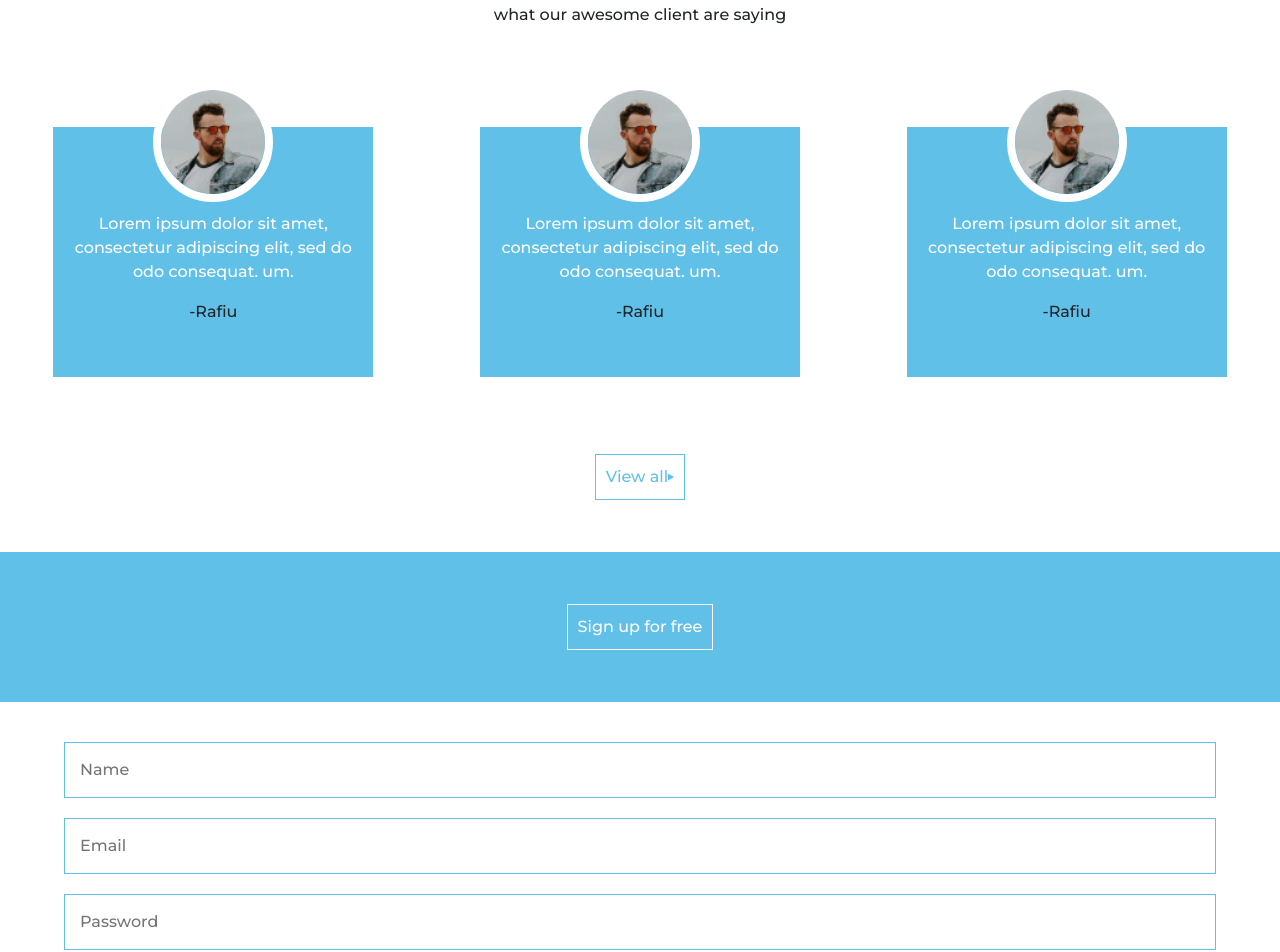
Repository: TiaraOluwanimi/team5
Page: tutor.html
These files come from the project's save history. The page is drawn as it stood at one moment and after a run of saves; the edit follows.
The browser window is 1280 px wide. The pictures show the part of the page from y = 1936 to 2888 px (the page is 3256 px tall).
A picture or video elsewhere on the page could not be fetched, so the positions and the page height are approximate. Some web libraries are served in a nearby version.

Above is the page before, as saved 2020-08-08 12:09:45.

### tutor.html
<!DOCTYPE html>
<html lang="zxx">
  <head>
    <meta charset="UTF-8" />
    <meta name="viewport" content="width=device-width, initial-scale=1.0" />
    <title>Online Tutoring</title>
    <!-- Custom Css -->
    <link rel="stylesheet" href="./assets/css/header-footer.css" />
    <link rel="stylesheet" href="./assets/css/tutor.css" />
    <link rel="stylesheet" href="./assets/css/testimonial.css" />
    <!-- Favicon -->

    <!---------------------- CDNs----------------- -->
    <!-- Bootstrap CSS CDN -->
    <link
      rel="stylesheet"
      href="https://maxcdn.bootstrapcdn.com/bootstrap/4.0.0/css/bootstrap.min.css"
      integrity="sha384-Gn5384xqQ1aoWXA+058RXPxPg6fy4IWvTNh0E263XmFcJlSAwiGgFAW/dAiS6JXm"
      crossorigin="anonymous"
    />
    <!-- fontawesome CDN -->
    <!-- Google Font -->
    <link href="https://fonts.googleapis.com/css2?family=Montserrat:wght@500;600&display=swap" rel="stylesheet">
    <!-- Font Awesome -->
    <script src="https://kit.fontawesome.com/0f19ba4771.js" crossorigin="anonymous"></script>

</head>

<body>
    <!-- Welcome to this online tutoring website. 😊 -->
    <!--  Header  -->
    <nav class="nav1">
      <a href="#"><img src="./assets/img/logo.png" alt="" /></a>
      <div class="nav1div1">
        <img
          class="searchicon"
          onclick="displaySearchBar()"
          src="./assets/img/search.png"
          alt=""
        />
        <button class="nav1butt1">Log in</button>
        <button class="nav1butt2">Join for free</button>
      </div>
      <div class="nav1div2 display">
        <input
          class="searchbar"
          type="text"
          placeholder="Enter Text here"

        />
      </div>
    </nav>

    <!-- Landing Page -->
    <div class="div1">
        <img class="div1img1" src="./assets/img/hero-img.png" alt="">
        <div class="div1div1">
            <i class="fas fa-play-circle fa-2x div1img2"></i>
            &nbsp;&nbsp;&nbsp;
            <h3 class="div1hh1">TAKE A TOUR</h3>
        </div>
    </div>

    <div class="div2">
        <h1 class="div2hh1">
            LEARN ALL YOU WANT, AT YOUR OWN
            <span class="div2hh2">PACE.</span>
        </h1>
        <h4 class="div2hh3">
            Lorem ipsum dolor sit amet, consectetur
            adipiscing elit, sed do eiusmod tempor
            incididunt ut labore et dolore magna
            aliqua. Ut enim ad minim veniam, quis
            nostrud exercitation ullamco laboris nisi
            ut aliquip ex ea commodo consequat.
        </h4>
        <div class="div2div1">
            <button class="div2butt1">Get Started</button>
        </div>
    </div>
    <!-- join us section -->
    <section id="join-us" class="py-5" style="position: relative;">
        <div style="position: absolute; right: 0px; top:-10px;">
          <img src="./assets/img/Ellipse13.png" alt="" class="img-fluid" >
        </div>
        <div class="container">
          <div class="row">
            <div class="col-12 mx-auto text-center">
              <h4 class="mx-auto sec-head">
                <span><strong>Join Us</strong></span>
              </h4>
              <p>
                Join us for free classes taught by experts. And explore hundreds
                of free online classes.
              </p>
            </div>
            <div class="row py-3">
                <div class="col-md-4 text-center my-3">
                  <div class="box-shadow py-3">
                    <img
                      src="./assets/img/course.png"
                      alt=""
                      class="join-img img-fluid rounded-circle w-50"
                    />
                    <h4 class="my-5"><strong>Choose a Course</strong></h4>
                  </div>
                </div>
                <div class="col-md-4 text-center my-3">
                  <div class="box-shadow py-3">
                    <img
                      src="./assets/img/skillset.png"
                      alt=""
                      class="join-img img-fluid rounded-circle w-50"
                    />
                    <h4 class="my-5"><strong>Grow your skillset</strong></h4>
                  </div>
                </div>
                <div class="col-md-4 text-center my-3">
                  <div class="box-shadow py-3">
                    <img
                      src="./assets/img/mentorship.png"
                      alt=""
                      class="join-img img-fluid rounded-circle w-50"
                    />
                    <h4 class="my-5"><strong>Meet a mentor</strong></h4>
                  </div>
                </div>
                <button
                  class="btn btn-lg btn-outline-primary py-3 px-5 rounded-0 mx-auto"
                >
                  View All
                </button>
              </div>
            </div>
        </div>
          </section>

    <!-- service section -->
    <section id="services" class="py-5" style="position: relative;">
      <div style="position: absolute; left: 0px; top: -30px;">
        <img src="./assets/img/Ellipse10.png" alt="" />
      </div>
      <div
        style="position: absolute; right: 0px; top: 30%; transform: scale(-1);"
      >
        <img src="./assets/img/Ellipse10.png" alt="" />
      </div>
      <div class="container">
        <div class="row">
          <div class="col-12 mx-auto text-center">
            <h4 class="mx-auto sec-head">
              <span><strong>Services</strong></span>
            </h4>
            <p>
              Helping over 5,000 students reach their ultimate goals with our
              special packages.
            </p>
          </div>
        </div>
        <div class="row p-3">
          <div class="col-md-4 text-center py-3">
            <h4><strong>Get help, FAST</strong></h4>
            <img
              src="./assets/img/hourglass1.png"
              alt=""
              class="img-fluid w-25 my-3"
            />
            <p class="my-3" style="font-size: 14px;">
              Lorem ipsum dolor sit amet, consectetur adipiscing elit, sed do
              eiusmod tempor incididunt ut labore et dolore magna aliqua. Ut
              enim ad minim veniam, quis nostrud exercitation ullamco laboris
              nisi ut aliquip ex ea commodo consequat. um.
            </p>
            <h6 class="border py-3 px-1 mx-3 border-primary">
              Learn More <i></i>
            </h6>
          </div>
          <div class="col-md-4 text-center py-3">
            <h4><strong>Personalised tutoring</strong></h4>
            <img
              src="./assets/img/teacher1.png"
              alt=""
              class="img-fluid w-25 my-3"
            />
            <p class="my-3" style="font-size: 14px;">
              Lorem ipsum dolor sit amet, consectetur adipiscing elit, sed do
              eiusmod tempor incididunt ut labore et dolore magna aliqua. Ut
              enim ad minim veniam, quis nostrud exercitation ullamco laboris
              nisi ut aliquip ex ea commodo consequat. um.
            </p>
            <h6 class="border py-3 px-1 mx-3 border-primary">
              Learn More <i></i>
            </h6>
          </div>
          <div class="col-md-4 text-center py-3">
            <h4><strong>80+ Courses</strong></h4>
            <img
              src="./assets/img/test1.png"
              alt=""
              class="img-fluid w-25 my-3"
            />
            <p class="my-3" style="font-size: 14px;">
              Lorem ipsum dolor sit amet, consectetur adipiscing elit, sed do
              eiusmod tempor incididunt ut labore et dolore magna aliqua. Ut
              enim ad minim veniam, quis nostrud exercitation ullamco laboris
              nisi ut aliquip ex ea commodo consequat. um.
            </p>
            <h6 class="border py-3 px-1 mx-3 mx-lg-1 border-primary">
              Learn More <i></i>
            </h6>
          </div>
        </div>
      </div>
    </section>
    <!-- Testimonial section -->
    <section>
      <div>
        <div class="testimonial-heading">
          <div>
            <h4 class="mx-auto sec-head">
              <span><strong>Testimonials</strong></span>
            </h4>
          </div>
          <p>what our awesome client are saying</p>
        </div>
        <div  id="testimonial-details">
          <div class="testimonial-card col-3">
            <img src="./assets/img/Ellipse7.png" alt="">
            <div class="testimonial-statement">
              <p>Lorem ipsum dolor sit amet, consectetur adipiscing elit, sed do odo consequat. um.</p>
            </div>
            <p>-Rafiu</p>
          </div>
          <div class="testimonial-card col-3">
            <img src="./assets/img/Ellipse7.png" alt="">
            <div class="testimonial-statement">
              <p>Lorem ipsum dolor sit amet, consectetur adipiscing elit, sed do odo consequat. um.</p>
            </div>
            <p>-Rafiu</p>
          </div>
          <div class="testimonial-card col-3">
            <img src="./assets/img/Ellipse7.png" alt="">
            <div class="testimonial-statement">
              <p>Lorem ipsum dolor sit amet, consectetur adipiscing elit, sed do odo consequat. um.</p>
            </div>
            <p>-Rafiu</p>
          </div>

        </div>
        <div id="view-all-button">

          <button>View all<img src="./assets/img/polygonImg.png" alt="A play "/></button>
        </div>

        <div id="sign-button">

          <button>Sign up for free</button>
        </div>
        <div class="testimonial-container">
          <form >
            <input type="text" placeholder="Name">
            <input type="email" placeholder="Email">
            <input type="password" placeholder="Password">
            <button>Get Started</button>
          </form>
        </div>
      </div>
    </section>
    <!--  Footer  -->
    <footer class="footer1">
      <div class="footer1div1">
        <img class="footer1img1" src="./assets/img/logo.png" alt="" />
        <h5 class="footer1hh1">Learn</h5>
      </div>

      <div class="footer1div2">
        <div class="footer1div3">
          <h4 class="footer1hh2">Learn</h4>
          <a href="" class="footer1link1"
            ><h5 class="footer1hh3">courses</h5></a
          >
          <a href="" class="footer1link1"
            ><h5 class="footer1hh3">Early Access courses</h5></a
          >
          <a href="" class="footer1link1"
            ><h5 class="footer1hh3">Edpresso</h5></a
          >
          <a href="" class="footer1link1"
            ><h5 class="footer1hh3">Subscriptions</h5></a
          >
        </div>
        <div class="footer1div4">
          <h4 class="footer1hh2">Scholarship</h4>
          <a href="" class="footer1link1"
            ><h5 class="footer1hh3">for students</h5></a
          >
          <a href="" class="footer1link1"
            ><h5 class="footer1hh3">for educators</h5></a
          >
          <a href="" class="footer1link1"
            ><h5 class="footer1hh3">COVID scholarship</h5></a
          >
        </div>
        <div class="footer1div5">
          <h4 class="footer1hh2">Conribute</h4>
          <a href="" class="footer1link1"
            ><h5 class="footer1hh3">Become an author</h5></a
          >
          <a href="" class="footer1link1"
            ><h5 class="footer1hh3">published author</h5></a
          >
          <a href="" class="footer1link1"
            ><h5 class="footer1hh3">Become an affiliate</h5></a
          >
        </div>
      </div>

      <div class="footer1div6">
        <h4 class="footer1hh2 redd">Socials</h4>
        <a href="#"><img src="./assets/img/whatsapp.png" alt="" /></a>
        <a href="#"><img src="./assets/img/instagram.png" alt="" /></a>
      </div>

      <h4 class="footer1hh4">
        copyright 2020 Learn, inc. All rights reserved
      </h4>
    </footer>

    <!---------------------- CDNs----------------- -->
    <!-- jQuery CDN -->
    <script
      src="https://code.jquery.com/jquery-3.2.1.slim.min.js"
      integrity="sha384-KJ3o2DKtIkvYIK3UENzmM7KCkRr/rE9/Qpg6aAZGJwFDMVNA/GpGFF93hXpG5KkN"
      crossorigin="anonymous"
    ></script>
    <!-- ajax CDN -->
    <script
      src="https://cdnjs.cloudflare.com/ajax/libs/popper.js/1.12.9/umd/popper.min.js"
      integrity="sha384-ApNbgh9B+Y1QKtv3Rn7W3mgPxhU9K/ScQsAP7hUibX39j7fakFPskvXusvfa0b4Q"
      crossorigin="anonymous"
    ></script>
    <!-- BootstrapJS CDN -->
    <script
      src="https://maxcdn.bootstrapcdn.com/bootstrap/4.0.0/js/bootstrap.min.js"
      integrity="sha384-JZR6Spejh4U02d8jOt6vLEHfe/JQGiRRSQQxSfFWpi1MquVdAyjUar5+76PVCmYl"
      crossorigin="anonymous"
    ></script>
    <!-- Custom Javascript Links -->
    <script src="./assets/js/tutor.js"></script>
  </body>
</html>

### assets/css/header-footer.css

/*  Header Navbar */
body{
  margin: 0;
}
.nav1{
   margin: 10px;
}
.nav1div1{
    display: inline;
    float: right;
}
.nav1butt1{
    color: #212121;
    border-color: #212121;
    border-width: 1px;
    background-color: #FFFFFF;
    padding: 7px 7px;
    font-family: 'Montserrat', sans-serif;
    font-weight: 500;
    outline: none;
    margin-left: 35px;
}
.nav1butt2{
    color: #FFFFFF;
    border-color: #60C0E8;
    border: none;
    background-color: #60C0E8;
    padding: 8px 7px;
    font-family: 'Montserrat', sans-serif;
    font-weight: 500;
    outline: none;
    margin-left: 8px;
}
.nav1butt1:hover{
    background-color: #f0f0f0;
      cursor: pointer;
}
.nav1butt2:hover{
    background-color: #60adce;
    cursor: pointer;
}
.searchicon:hover{
    cursor: pointer;
}
.nav1div2{
    text-align: center;
    width: 100%;
    margin-top: 10px;
}
.searchbar{
    width: 60%;
    font-family: 'Montserrat', sans-serif;
    outline: none;
    border-radius: 10px;
    padding: 10px;
    border-width: 1px;
}
.footer1link1{
    text-decoration: none;
}
.display{
    display: none;
}



/*  Footer  */
.footer1{
    padding: 10px;
    background-color: #F5F5F5;
}
.footer1div1{
    text-align: center;
}
.footer1hh1{
    margin-top: 0px;
    font-family: 'Montserrat', sans-serif;
    color: #60C0E8;
    font-weight: 600;
}
.footer1div2{
    display: flex;
    flex-direction:row;
    justify-content: space-evenly;
}
.footer1hh2{
    font-family: 'Montserrat', sans-serif;
    color: #60C0E8;
    font-weight: 600;
}
.footer1hh3{
    font-family: 'Montserrat', sans-serif;
    color: #212121;
    font-weight: normal;
}
.footer1div6{
    text-align: center;
    margin-top: -50px;
}
.redd{
    margin-bottom: 5px;
}
.footer1hh4{
    text-align: center;
    font-family: 'Montserrat', sans-serif;
    color: #212121;
    font-style: normal;
    font-weight: 500;
}

/* Footer Media Queries */
@media only screen and (max-width: 399px) {
    .footer1div2{
        flex-direction: column;
        align-items: center;
    }
    .footer1div6{
        text-align: center;
        margin-top: -10px;
    }
}

### assets/css/tutor.css
* {
  font-family: "Montserrat", sans-serif;
}
.div1 {
  margin: 10px;
  text-align: center;
}
.div1div1 {
  width: 100%;
  display: flex;
  justify-content: center;
  background-color: #60c0e8;
  margin-top: -5px;
}
.div1img1 {
  width: 100%;
  height: 350px;
}
.div1img2 {
  padding-top: 15px;
  color: #ffffff;
}
.div1div1:hover {
  background-color: #60adce;
  cursor: pointer;
}
.div1hh1 {
  font-family: "Montserrat", sans-serif;
  font-weight: 600;
  color: #ffffff;
}

.div2 {
  margin: 10px;
}
.div2hh1 {
  font-family: "Montserrat", sans-serif;
  text-align: center;
  color: #3a3a3a;
  font-weight: bold;
}
.div2hh2 {
  color: #60c0e8;
}
.div2hh3 {
  font-family: "Montserrat", sans-serif;
  text-align: center;
  color: #000000;
  font-weight: 500;
}
.div2div1 {
  text-align: center;
}
.div2butt1 {
  background-color: #60c0e8;
  font-weight: 500;
  color: #ffffff;
  border: none;
  outline: none;
  padding: 15px 30px;
  font-size: large;
}
.div2butt1:hover {
  background-color: #60adce;
  cursor: pointer;
}

/* this handles the line in each section heading  */
.sec-head {
  width: 30%;
  text-align: center;
  border-bottom: 2px solid #000;
  line-height: 0.1em;
  margin: 10px 0 20px;
}
.sec-head span {
  background: #fff;
  padding: 0 10px;
}
/* join us images border */
.join-img {
  border: 5px solid #60c0e8 !important;
}
/* box shadow */
.box-shadow {
  box-shadow: 0px 5px 30px 0.5px #e6e6e6;
}
.box-shadow:hover {
  box-shadow: 0px 5px 30px 5px #c7c7c7;
}

@media screen and (max-width: 320px) {
  .sec-head {
    width: 70%;
  }
}

### assets/css/testimonial.css
.testimonial-heading{
    text-align:center;
    margin-bottom: 50px;;
}
.testimonial-card{
    text-align: center;
    height:250px;
    width:500px;
    padding:15px;
    position: relative;
    background-color: #60C0E8;
    margin: 50px 20px 25px;


}
.testimonial-card img{
    margin-top:-60px;

    width:120px;
    border: 8px solid white;
    border-radius: 100%;

}
.testimonial-statement{
    color:#fff;
    margin:10px 0;
}
#testimonial-details{
    display:flex;
    justify-content: space-around;
    flex-wrap:nowrap;
    overflow-x: scroll;
}
.testimonial-container{
    width:90%;
    margin:0 auto;
    overflow: hidden;
}

#sign-button{
    background: #60C0E8;
    width:100%;
    height:150px;
    display: flex;
    align-items: center;
    justify-content: center;
}
#sign-button button{
    background:#60C0E8;
    color:#fff;
    padding:10px;
    border:1px solid #fff;
    transition: ease 1s;
}
#sign-button button:hover{
    background:#fff;
    color:#60C0E8;
  ;
}
#view-all-button{

    width:100%;
    height:150px;
    display: flex;
    align-items: center;
    justify-content: center;
}
#view-all-button button{
    background: #fff;
    padding:10px;
    color:#60C0E8;
    padding:10px;
    border:1px solid #60C0E8;
    transition: ease 1s;
}
#view-all-button button:hover{
    background:#fff;
    color:#60C0E8;
  ;
}
form{
    box-sizing: border-box;
    margin:30px 0;
}
form input{
    width:100%;
    margin:10px 0;
    padding:15px;
    border: 1px solid #60C0E8;
    box-sizing: border-box;
}

form button{
    width:200px;
    margin: 0 auto;
    background: #60C0E8;
    color:#fff;
    padding:10px;
    border:none;
}

### assets/js/tutor.js

function displaySearchBar(){
    document.querySelector(".nav1div2").classList.toggle("display");
}

After the next 5 saves:
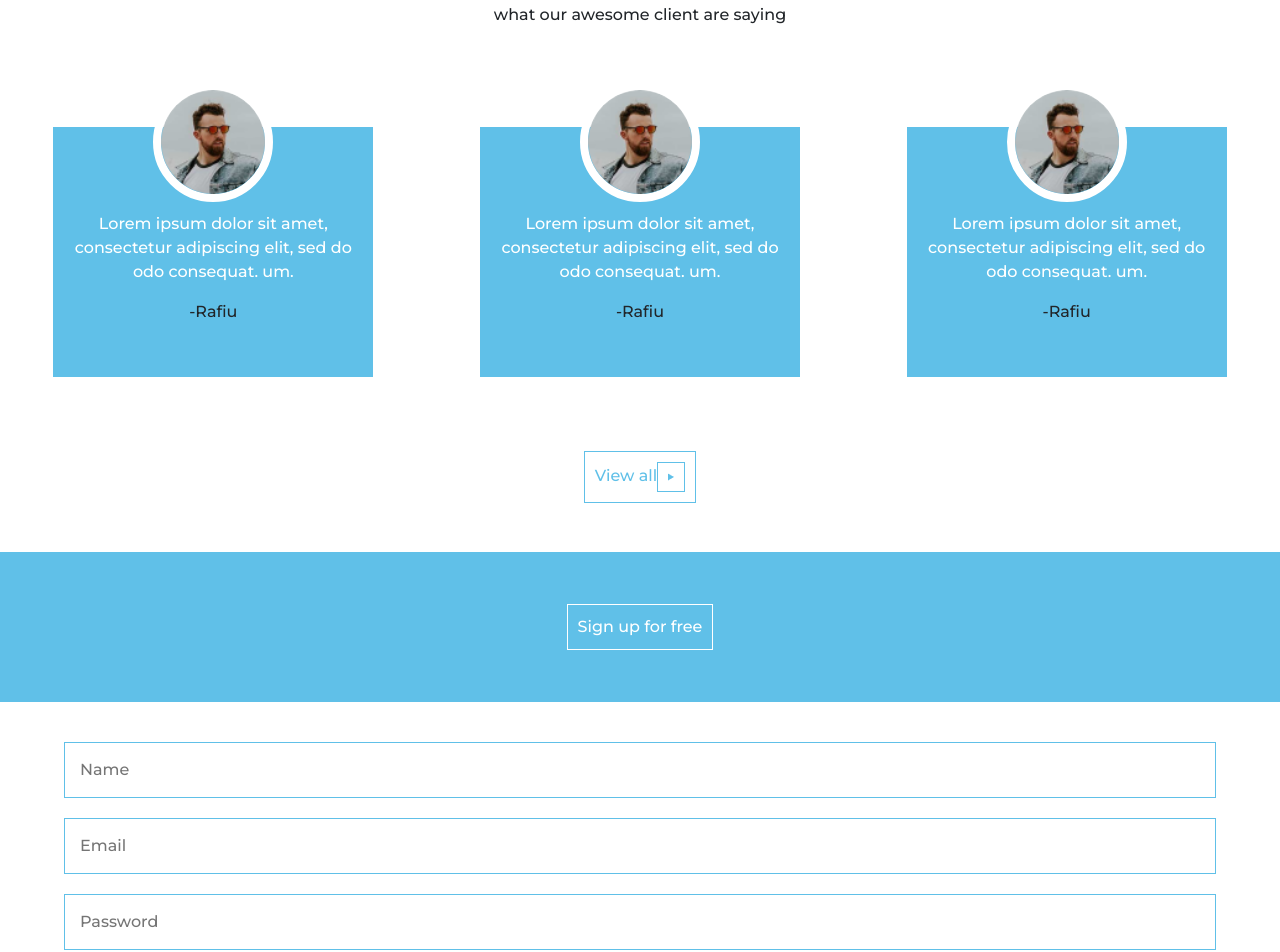
The 5 saves are shown as one change because they came seconds apart.
The last was saved 43 s later.
--- a/assets/css/testimonial.css
+++ b/assets/css/testimonial.css
@@ -73,6 +73,14 @@
     border:1px solid #60C0E8;
     transition: ease 1s;
 }
+#view-all-button button img{
+    background: #fff;
+    padding:10px;
+    color:#60C0E8;
+    padding:10px;
+    border:1px solid #60C0E8;
+    transition: ease 1s;
+}
 #view-all-button button:hover{
     background:#fff;
     color:#60C0E8;

After the 2 saves that followed:
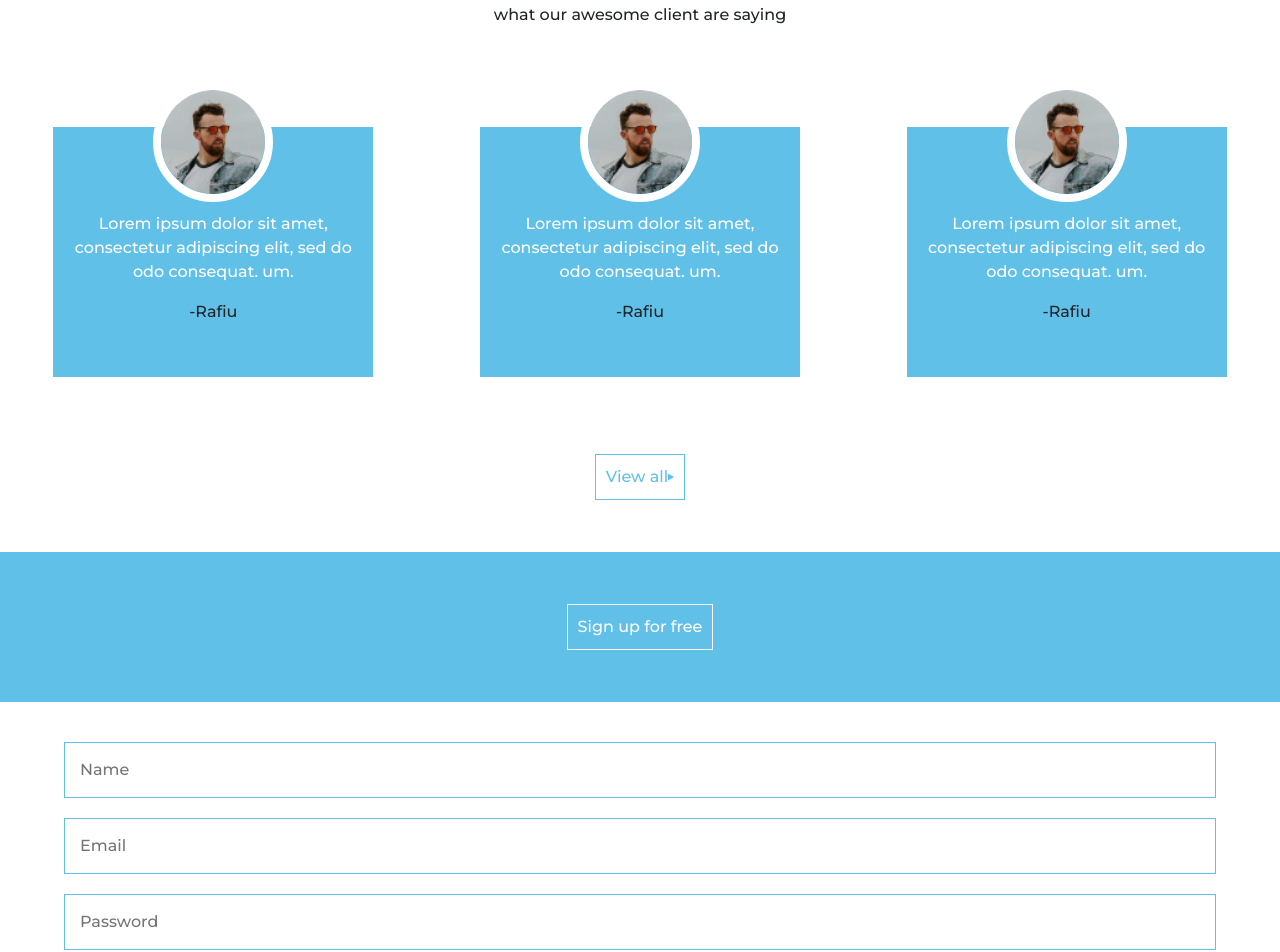
The 2 saves are shown as one change because they came seconds apart.
The last was saved 6 s later.
--- a/assets/css/testimonial.css
+++ b/assets/css/testimonial.css
@@ -74,12 +74,7 @@
     transition: ease 1s;
 }
 #view-all-button button img{
-    background: #fff;
-    padding:10px;
-    color:#60C0E8;
-    padding:10px;
-    border:1px solid #60C0E8;
-    transition: ease 1s;
+    padd
 }
 #view-all-button button:hover{
     background:#fff;
